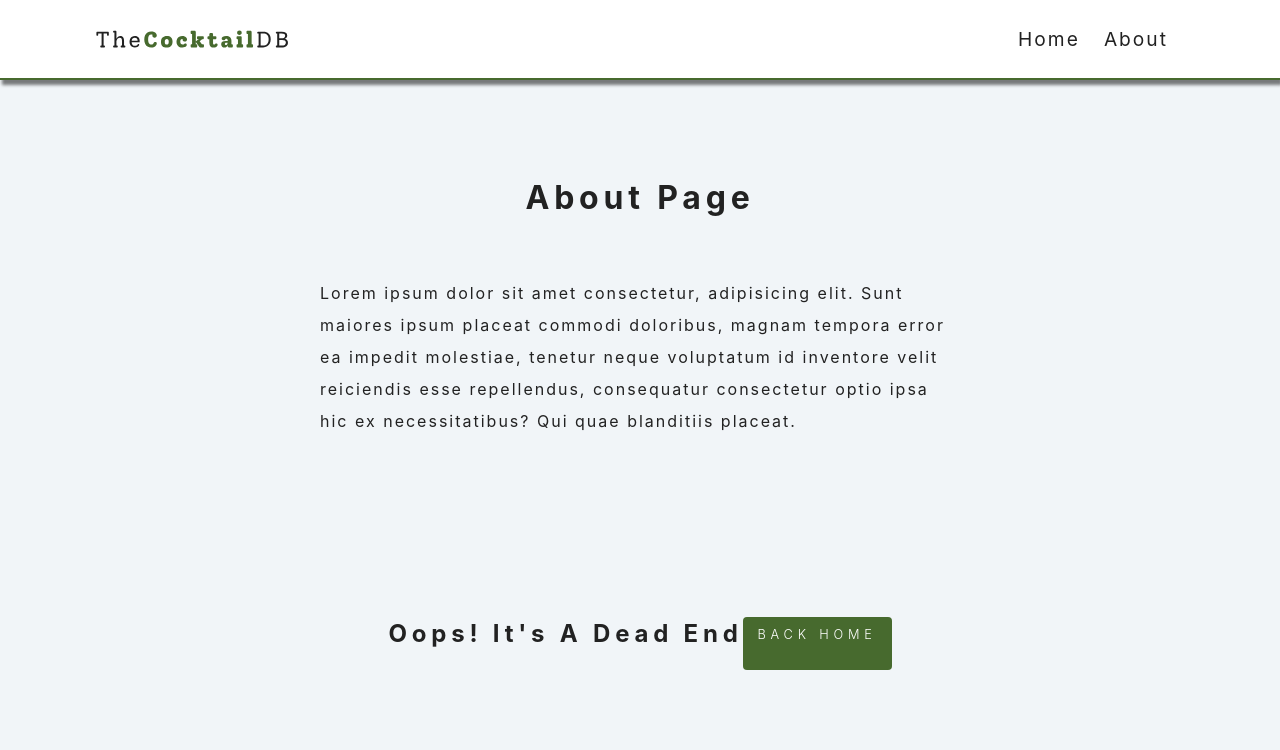
Repository: davidaloba/cocktails
Page: /about
These files come from the project's save history. The page is drawn as it stood at one moment and after the next save; the edit follows.
The browser window is 1280 px wide. The pictures show the whole page.
The project was rebuilt for these pictures with package versions that can differ from the ones it lists, and the page was loaded fresh each time. Also part of the build but not shown: src/components/SearchForm.js, src/pages/Home.js, src/components/Loading.js, src/pages/SingleCocktail.js. Imported but missing from the stored project, and not drawn on this page: src/components/CocktailList.

Above is the page before, as saved 2022-01-13 22:00:48.

After the next save:
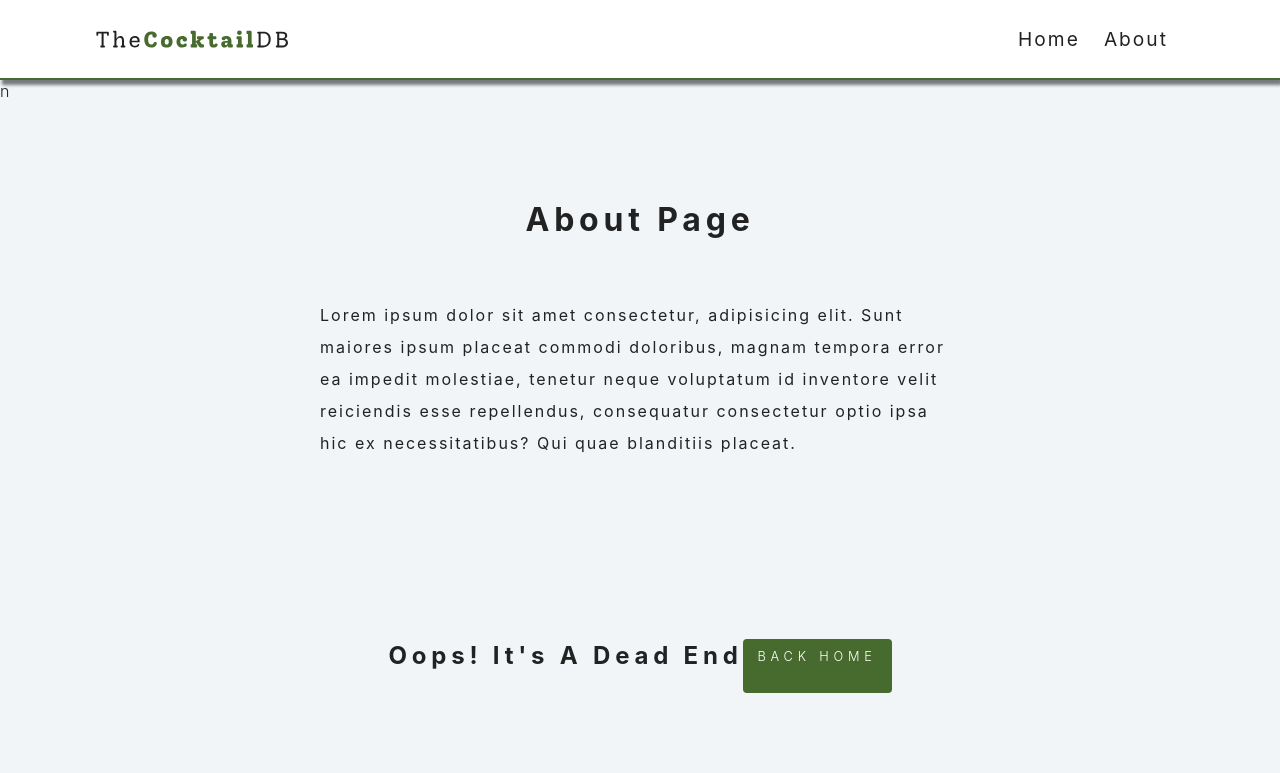
Saved 86 s later.
--- a/src/App.js
+++ b/src/App.js
@@ -17,12 +17,13 @@
             <Home />
           </Route>
           <Route path="/about">
+            n
             <About />
           </Route>
           <Route path="/cocktail/:id">
             <SingleCocktail />
           </Route>
-          <Route path="*">
+          <Route pah="*">
             <Error />
           </Route>
         </switch>

After the 3 saves that followed:
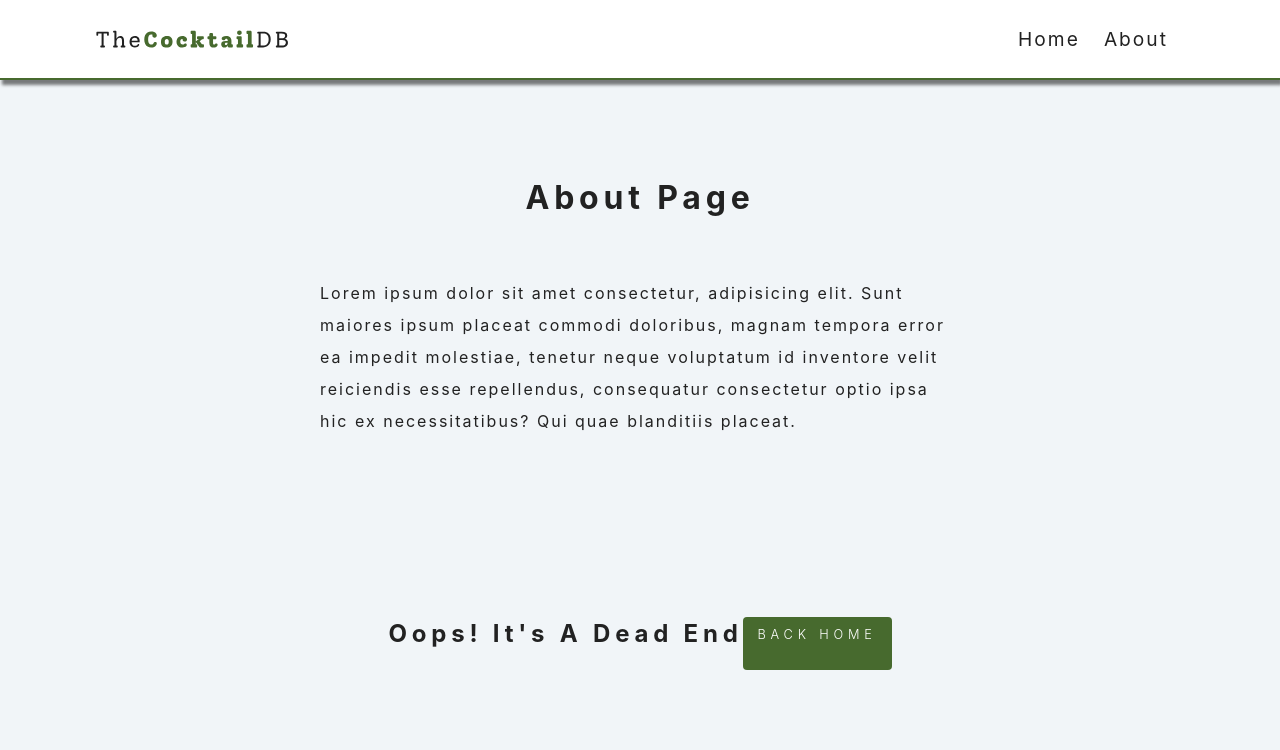
The 3 saves are shown as one change because 2 left the picture as it was.
The last was saved 51 s later.
--- a/src/App.js
+++ b/src/App.js
@@ -17,13 +17,12 @@
             <Home />
           </Route>
           <Route path="/about">
-            n
             <About />
           </Route>
           <Route path="/cocktail/:id">
             <SingleCocktail />
           </Route>
-          <Route pah="*">
+          <Route path="*">
             <Error />
           </Route>
         </switch>
